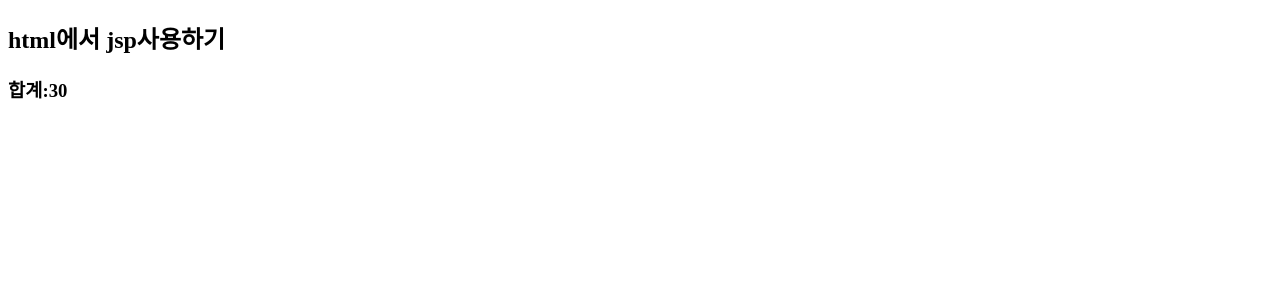
Repository: kukulza1/jspworks
Page: http://localhost/jwbook/ch01/scriptlet.jsp
The author's editor kept a copy of each file at every save. The page is drawn from the files as they stood at one save, then again after the next save.
The browser window is 1280 px wide. The pictures show the whole page.
The page is served by Tomcat 9. Other server files are loaded and not shown.

Above is the page before, as saved 2023-11-20 02:03:34.

### jwbook/src/main/webapp/ch01/scriptlet.jsp
<%@ page language="java" contentType="text/html; charset=UTF-8"
    pageEncoding="UTF-8"%>
<!DOCTYPE html>
<html>
<head>
<meta charset="UTF-8">
<title>스크립트릿 태그</title>
</head>
<body>
      <h2>html에서 jsp사용하기</h2>
     <!-- 스크립트릿 사용하기 -->
    <%
      int n1 = 10, n2=20;


    %>
    <h3>합계:<%= n1+n2 %></h3>
</body>
</html>

After the next save:
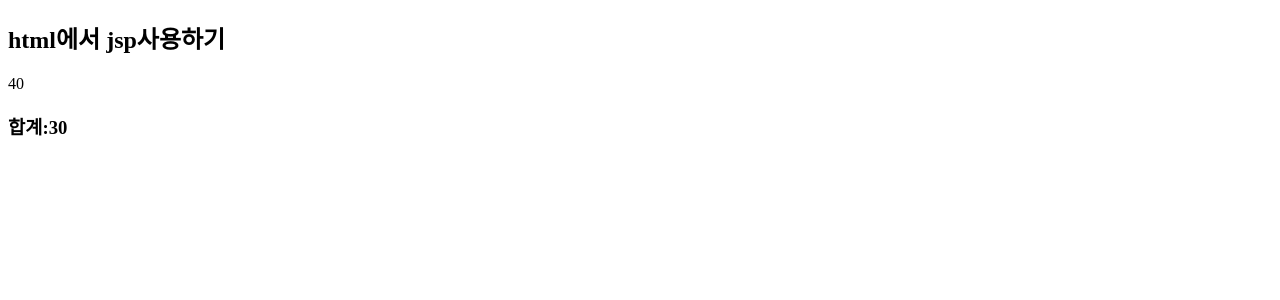
Saved 4 min 39 s later.
--- a/jwbook/src/main/webapp/ch01/scriptlet.jsp
+++ b/jwbook/src/main/webapp/ch01/scriptlet.jsp
@@ -11,7 +11,7 @@
      <!-- 스크립트릿 사용하기 -->
     <%
       int n1 = 10, n2=20;
-
+      out.println(n2+n2);
 
     %>
     <h3>합계:<%= n1+n2 %></h3>
